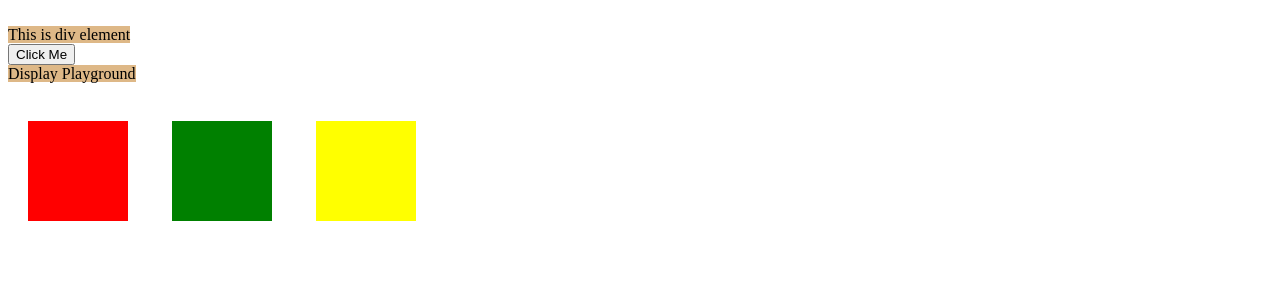
Repository: rakeshkolpepatil/CSS_Apana_College
Page: index.html
These files come from the project's save history. The page is drawn as it stood at one moment and after the next save; the edit follows.
The browser window is 1280 px wide. The pictures show the whole page.

Above is the page before, as saved 2023-06-23 00:25:05.

After the next save:
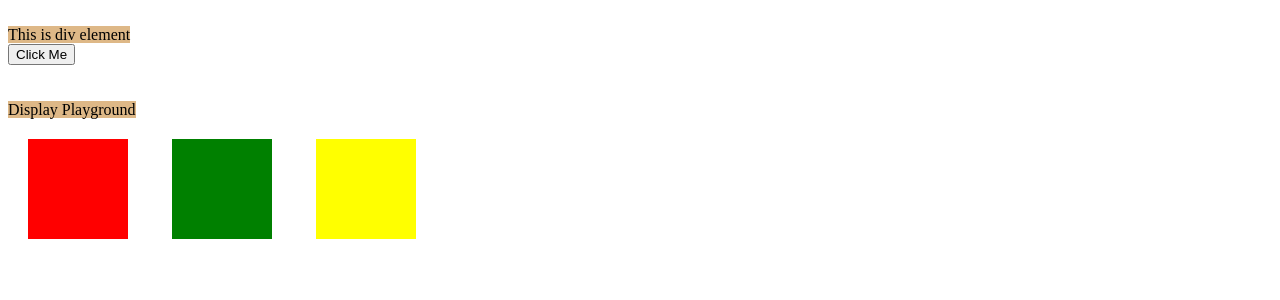
Saved 12 s later.
--- a/index.html
+++ b/index.html
@@ -9,8 +9,9 @@
 <br>
   <div>This is div element </div>
   <button> Click Me </button>
+  </br>
+  </br>
   <div> Display Playground </div>
-  </br>
   </br>
   <div id="div1"></div>
   <div id="div2"></div>
